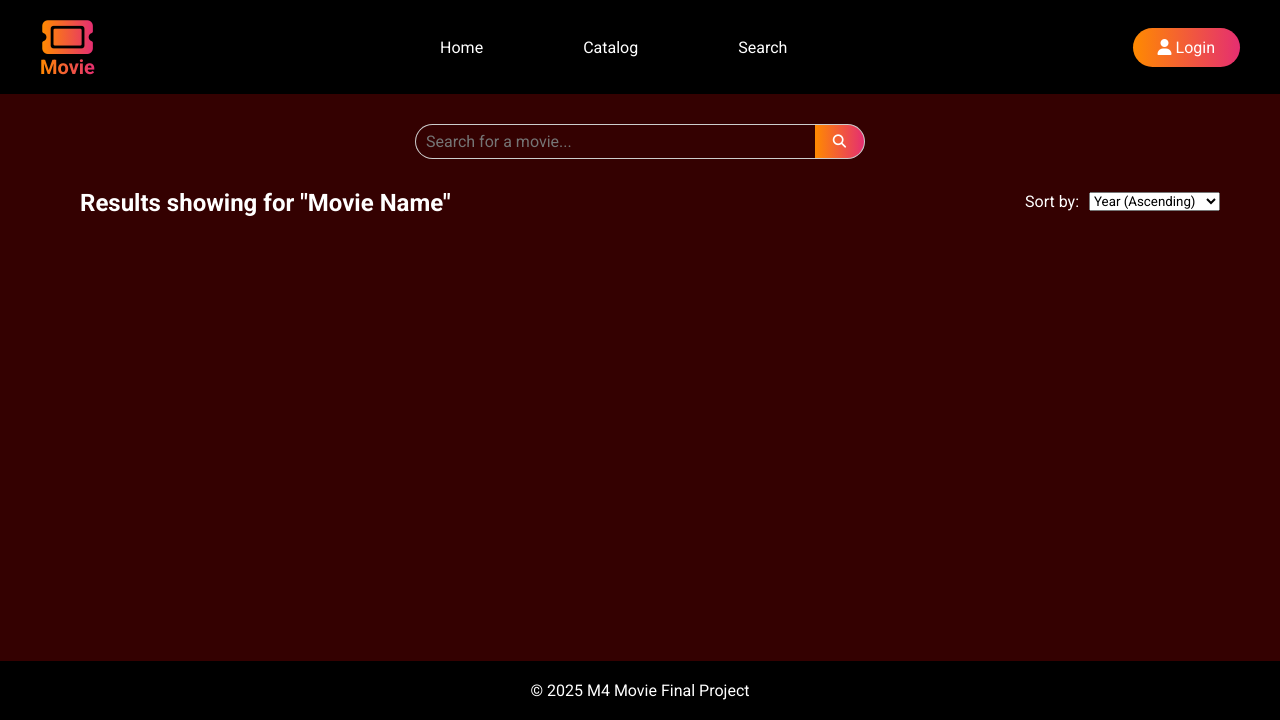
Repository: avivanguyen/m4_movie-FinalProject
Page: index.html
An editor plug-in stored every save of this project. The page is shown before and after a run of saves, followed by the edit.
The browser window is 1280 px wide. The pictures show the whole page.
Some web libraries are served in a nearby version.

Above is the page before, as saved 2025-12-30 08:03:29.

After the next 3 saves:
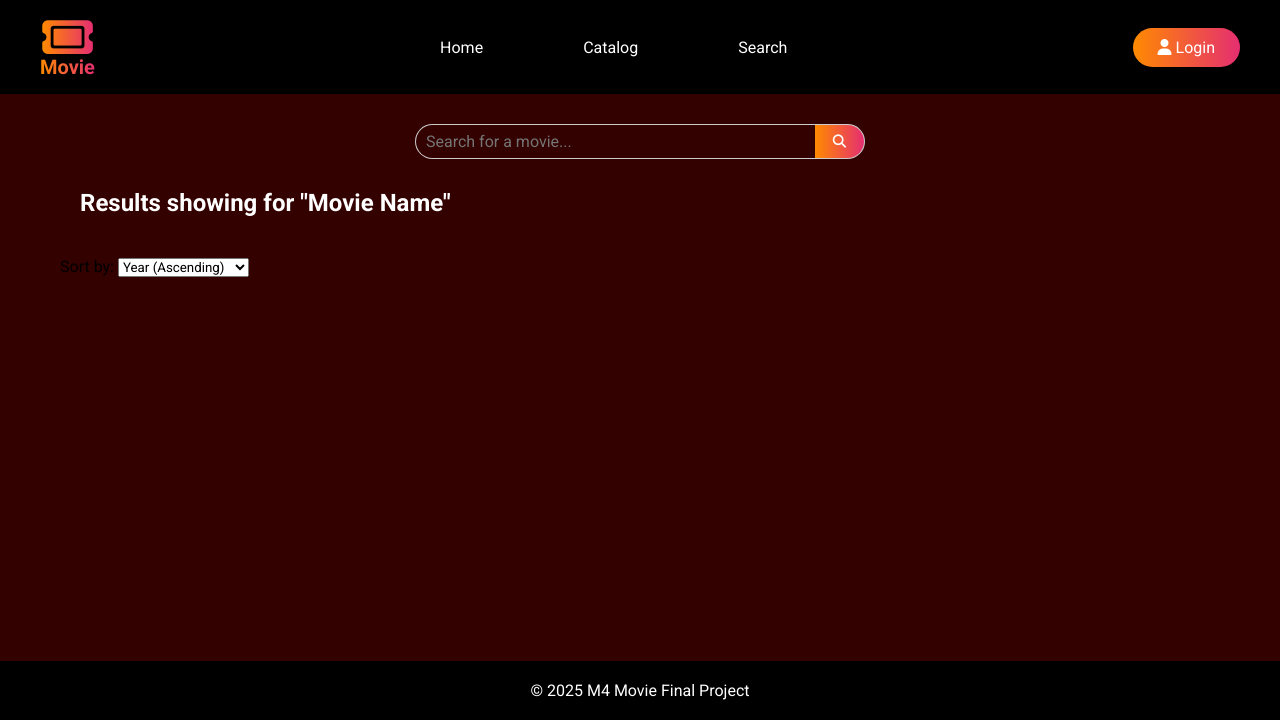
The 3 saves are shown as one change because they came seconds apart.
The last was saved 30 s later.
--- a/styles.css
+++ b/styles.css
@@ -147,18 +147,6 @@
     color: white;
 }
 
-.sort label {
-    color: white;
-    margin-right: 10px;
-}
-
-.sort {
-    display: flex;
-    justify-content: flex-end;
-    align-items: center;
-    margin-top: -65px;
-}
-
 /*
 LOADING STYLES
 */

After the save that followed:
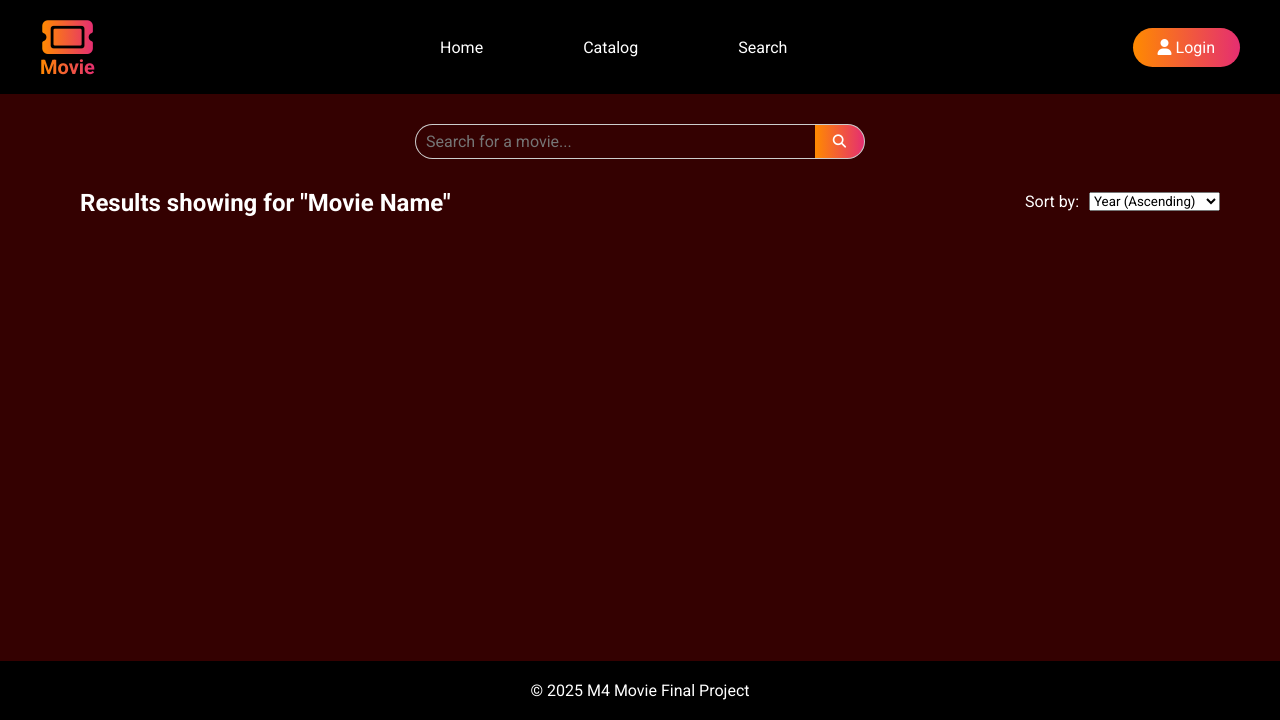
Saved 5 s later.
--- a/styles.css
+++ b/styles.css
@@ -181,6 +181,18 @@
     margin-bottom: 40px;
 }
 
+.sort label {
+    color: white;
+    margin-right: 10px;
+}
+
+.sort {
+    display: flex;
+    justify-content: flex-end;
+    align-items: center;
+    margin-top: -65px;
+}
+
 .results__section {
     margin: 0 60px;
 }
